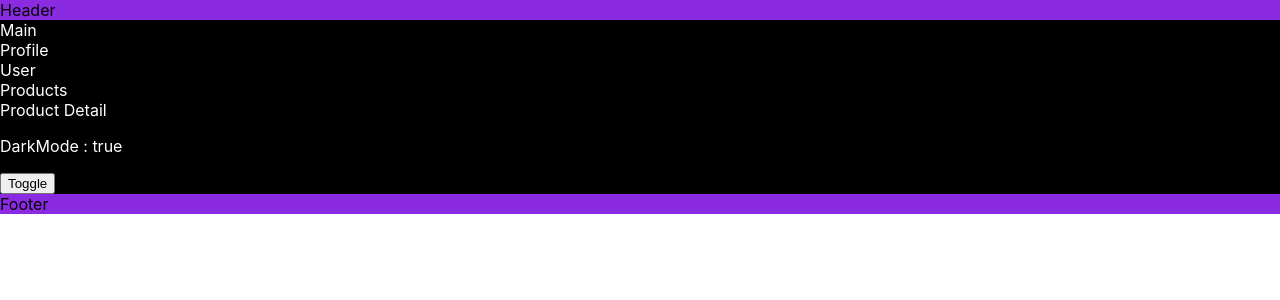
Repository: dnjfht/css-example
Page: /, after clicking the first element matching `button`
These files come from the project's save history. The page is drawn as it stood at one moment and after a run of saves; the edit follows.
The browser window is 1280 px wide. The pictures show the whole page.
The project was rebuilt for these pictures with package versions that can differ from the ones it lists, and the page was loaded fresh each time.

Above is the page before, as saved 2023-05-11 02:07:57.

After the next 3 saves:
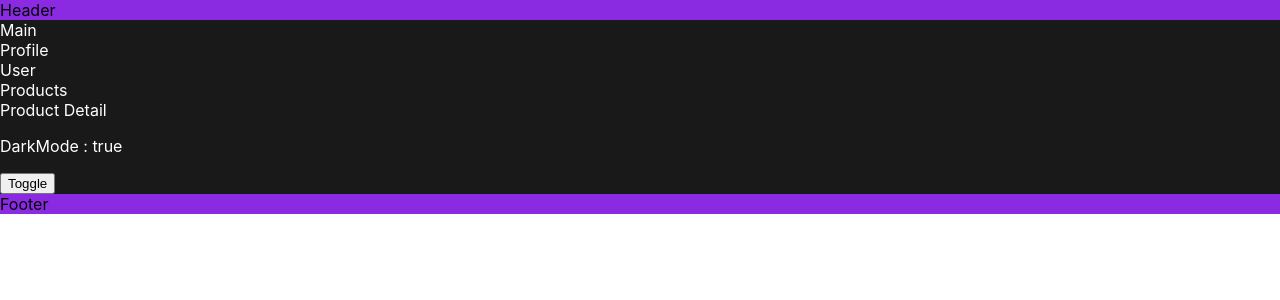
The 3 saves are shown as one change because they came seconds apart.
The last was saved 26 s later.
--- a/src/components/Main.js
+++ b/src/components/Main.js
@@ -8,7 +8,7 @@ export default function Main() {
   return (
     <>
       {darkMode === true ? (
-        <div style={{ backgroundColor: "black", color: "white" }}>
+        <div style={{ backgroundColor: "rgba(0,0,0,0.9)", color: "white" }}>
           Main
           <Profile2 />
           <Products2 />
